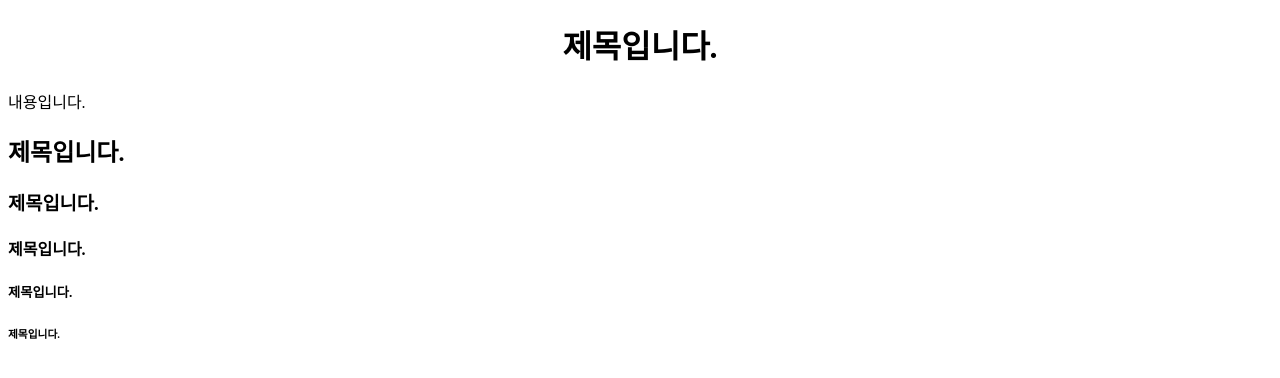
Repository: kmd192kmd/Web
Page: html/HtmlTest/src/main/webapp/ex06_heading.html
The author's editor kept a copy of each file at every save. The page is drawn from the files as they stood at one save, then again after the next save.
The browser window is 1280 px wide. The pictures show the whole page.

Above is the page before, as saved 2026-02-12 08:36:46.

After the next save:
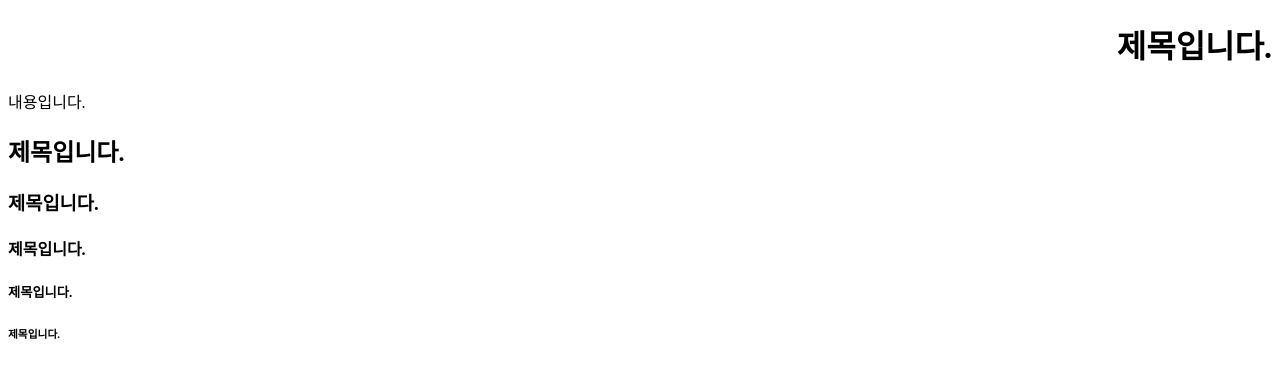
Saved 14 s later.
--- a/html/HtmlTest/src/main/webapp/ex06_heading.html
+++ b/html/HtmlTest/src/main/webapp/ex06_heading.html
@@ -21,7 +21,7 @@
 		- horizontal alignment, (내용물) 수평 정렬
 
 	 -->
-	 <h1 align="center">제목입니다.</h1>
+	 <h1 align="right">제목입니다.</h1>
 
 	 <div>내용입니다.</div>
 

After the save that followed:
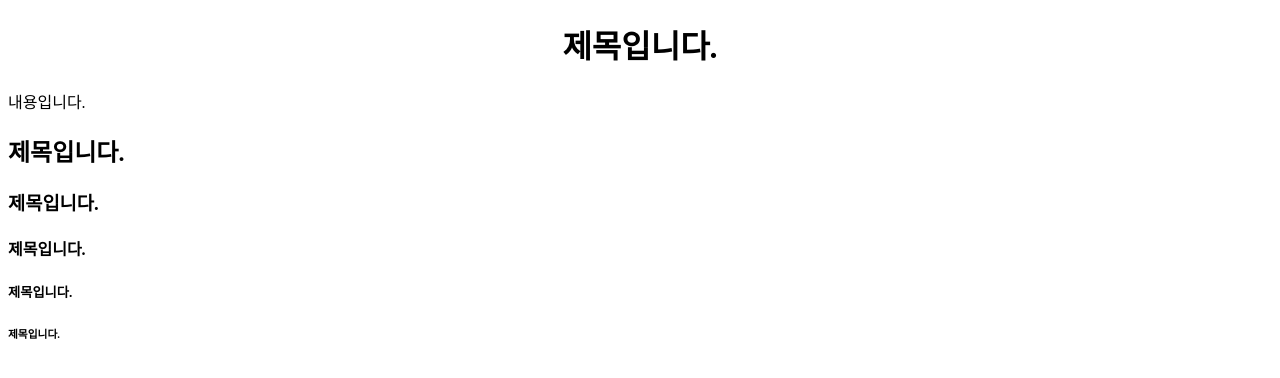
Saved 9 s later.
--- a/html/HtmlTest/src/main/webapp/ex06_heading.html
+++ b/html/HtmlTest/src/main/webapp/ex06_heading.html
@@ -21,7 +21,7 @@
 		- horizontal alignment, (내용물) 수평 정렬
 
 	 -->
-	 <h1 align="right">제목입니다.</h1>
+	 <h1 align="center">제목입니다.</h1>
 
 	 <div>내용입니다.</div>
 
